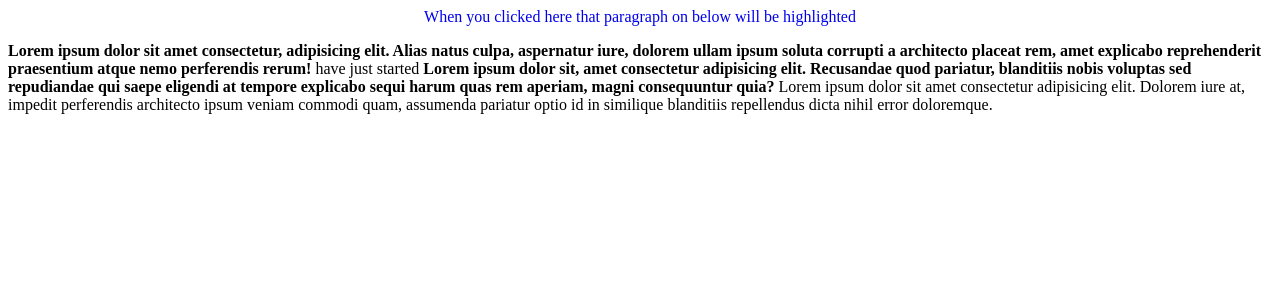
Repository: HoangDuy315/web-dev2022
Page: hw151022/ex2/ex2.5/index.html
The author's editor kept a copy of each file at every save. The page is drawn from the files as they stood at one save, then again after the next save.
The browser window is 1280 px wide. The pictures show the whole page.

Above is the page before, as saved 2022-10-15 15:30:19.

After the next save:
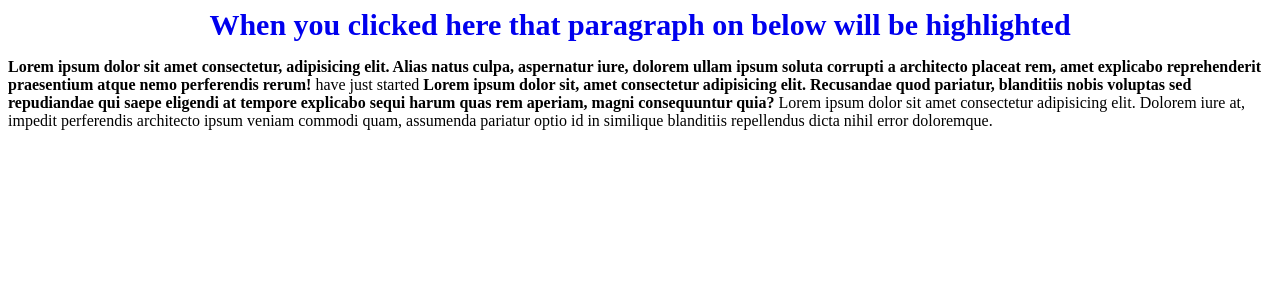
Saved 13 s later.
--- a/hw151022/ex2/ex2.5/style.css
+++ b/hw151022/ex2/ex2.5/style.css
@@ -5,4 +5,6 @@
 
 .paras {
   text-decoration: none;
+  font-size: 30px;
+  font-weight: bold;
 }
